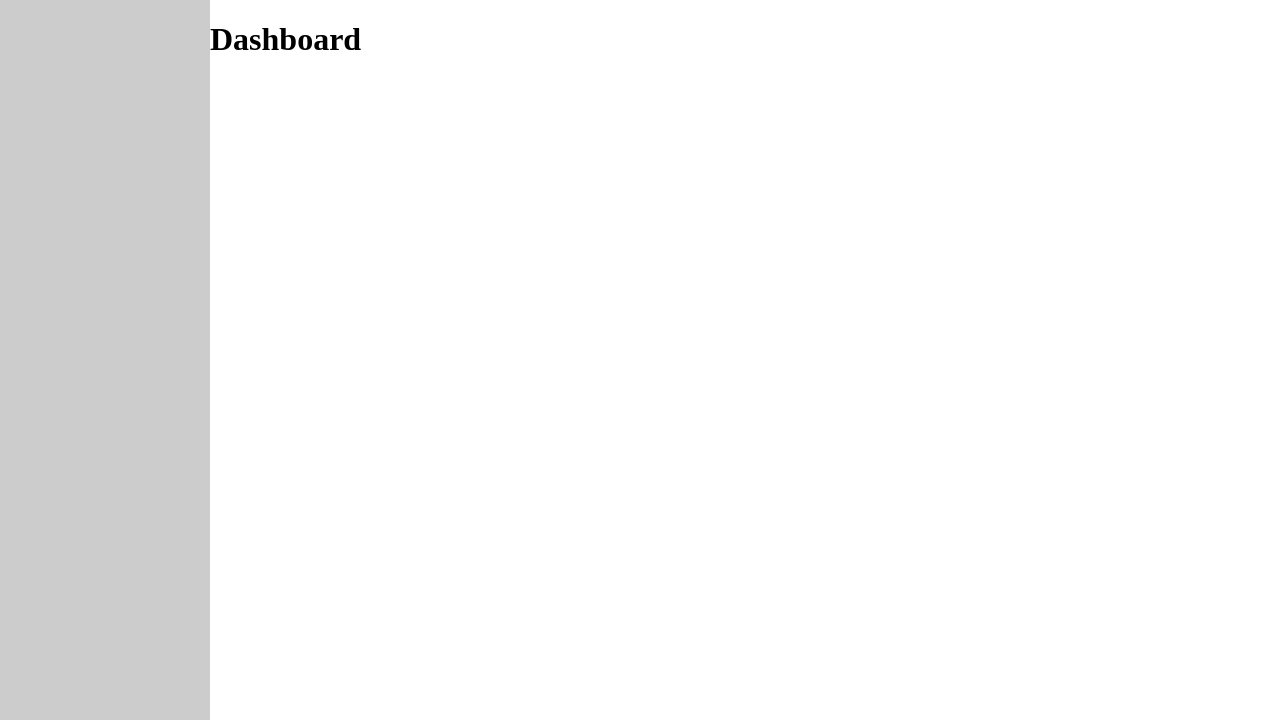
Repository: itmier/tmier-easy-demo
Page: /#/dashboard
An editor plug-in stored every save of this project. The page is shown before and after the next save, followed by the edit.
The browser window is 1280 px wide. The pictures show the whole page.
The project was rebuilt for these pictures with package versions that can differ from the ones it lists, and the page was loaded fresh each time. Also part of the build but not shown: vue.config.js, src/utils/request.js, src/api/user.js, src/views/login/index.vue, src/layout/components/SideBar.vue, src/layout/components/AppMain.vue, src/layout/components/NavHeader.vue.

Above is the page before, as saved 2020-08-06 14:21:17.

After the next save:
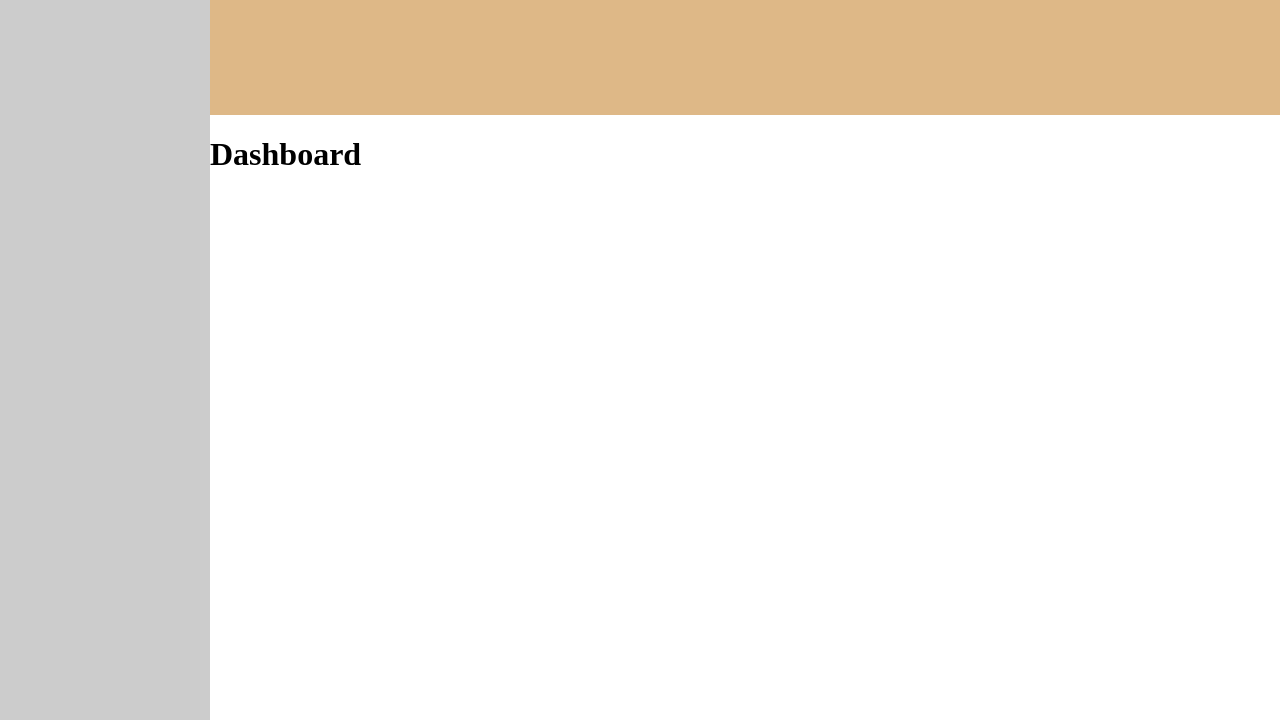
Saved 5 min 47 s later.
--- a/src/layout/index.vue
+++ b/src/layout/index.vue
@@ -1,13 +1,16 @@
 <!--
  * @Author: Tmier
  * @Date: 2020-08-06 11:40:36
- * @LastEditTime: 2020-08-06 14:21:17
+ * @LastEditTime: 2020-08-06 14:27:04
  * @Description:
 -->
 <template>
   <div class="layout">
     <div class="layout-sliderbar"></div>
     <div class="layout-container">
+      <div class="container-navheader">
+
+      </div>
       <router-view />
     </div>
   </div>
@@ -46,6 +49,12 @@ export default {
   }
   .layout-container {
     flex: 1;
+    .container-navheader {
+      height: 115px;
+      box-sizing: border-box;
+      width: 100%;
+      background: burlywood;
+    }
   }
 }
 </style>
